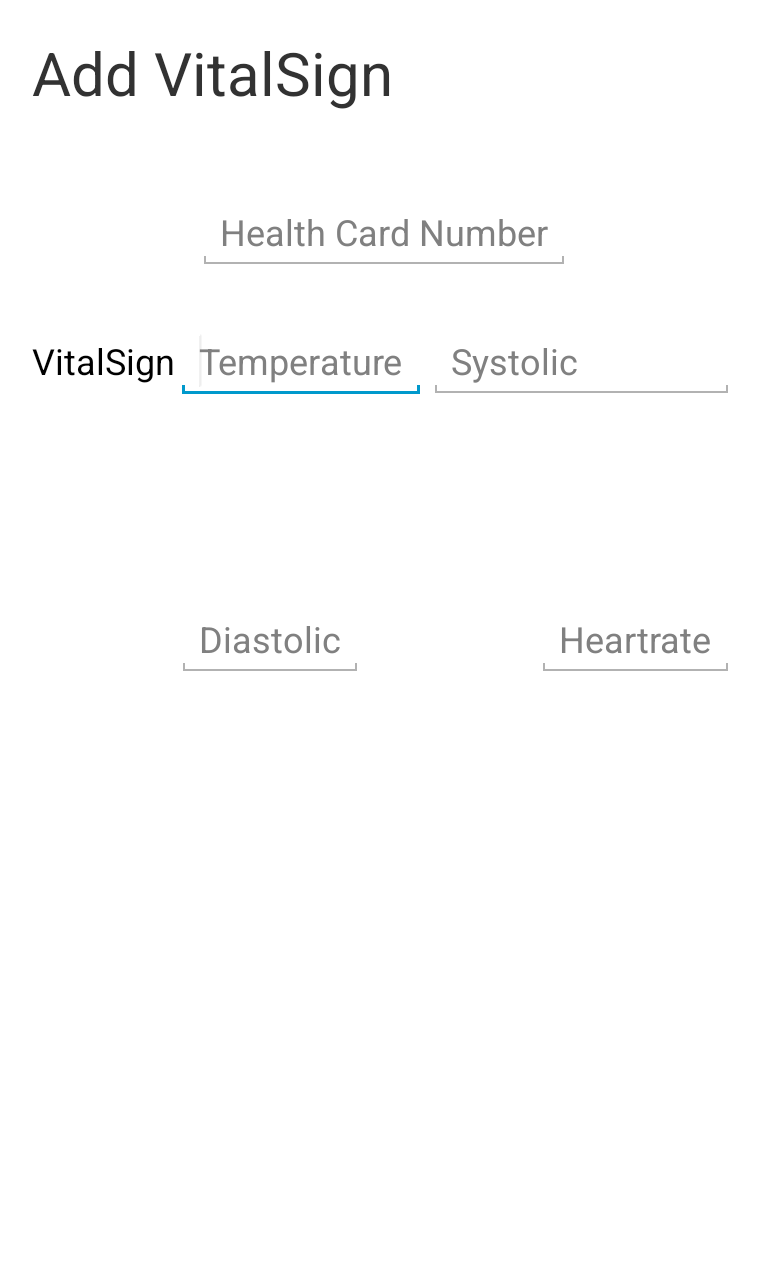
Repository: wangyuan0915/ER
Layout: workspace2/phase3/res/layout/activity_add_vital_sign.xml
The author's editor kept a copy of each file at every save. The layout is drawn from the files as they stood at one save, then again after the next save.
It is drawn on a 768 x 1280 px phone screen (xhdpi) without system bars, with theme AppTheme; the app's code is not run.

Above is the layout before, as saved 2013-11-24 06:23:25.

After the next save:
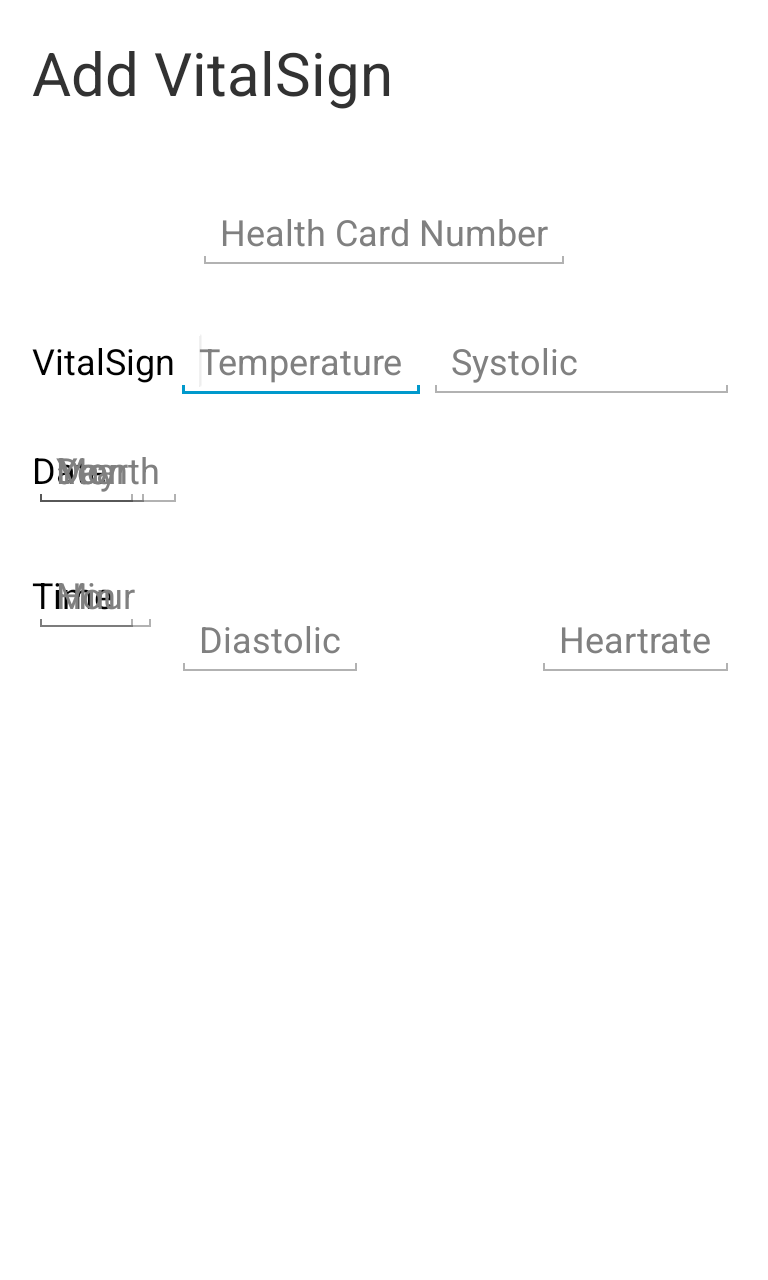
Saved 2 min 3 s later.
--- a/workspace2/phase3/res/layout/activity_add_vital_sign.xml
+++ b/workspace2/phase3/res/layout/activity_add_vital_sign.xml
@@ -80,4 +80,84 @@
         android:hint="@string/Heartrate"
         android:textAppearance="?android:attr/textAppearanceMedium" />
 
+    <TextView
+        android:id="@+id/current_date"
+        android:layout_width="wrap_content"
+        android:layout_height="wrap_content"
+        android:layout_alignLeft="@+id/birthday"
+        android:layout_below="@+id/VitalSign"
+        android:layout_marginTop="30dp"
+        android:text="@string/Date"
+        android:textAppearance="?android:attr/textAppearanceMedium" />
+
+    <EditText
+        android:id="@+id/current_year"
+        android:layout_width="wrap_content"
+        android:layout_height="wrap_content"
+        android:layout_alignBaseline="@+id/current_date"
+        android:layout_alignBottom="@+id/current_date"
+        android:layout_alignLeft="@+id/birth_of_year"
+        android:layout_toLeftOf="@+id/birth_of_month"
+        android:inputType="number"
+        android:hint="@string/Year"
+        android:textAppearance="?android:attr/textAppearanceMedium" />
+
+    <EditText
+        android:id="@+id/current_month"
+        android:layout_width="wrap_content"
+        android:layout_height="wrap_content"
+        android:layout_alignBaseline="@+id/current_date"
+        android:layout_alignBottom="@+id/current_date"
+        android:layout_alignLeft="@+id/birth_of_month"
+        android:layout_toLeftOf="@+id/birth_of_day"
+        android:inputType="number"
+        android:hint="@string/Month"
+        android:textAppearance="?android:attr/textAppearanceMedium" />
+
+
+
+
+    <EditText
+        android:id="@+id/current_day"
+        android:layout_width="wrap_content"
+        android:layout_height="wrap_content"
+        android:layout_alignBaseline="@+id/current_date"
+        android:layout_alignBottom="@+id/current_date"
+        android:layout_alignLeft="@+id/birth_of_day"
+        android:inputType="number"
+        android:hint="@string/Day"
+        android:textAppearance="?android:attr/textAppearanceMedium" />
+
+    <TextView
+        android:id="@+id/current_time"
+        android:layout_width="wrap_content"
+        android:layout_height="wrap_content"
+        android:layout_alignLeft="@+id/current_date"
+        android:layout_below="@+id/current_year"
+        android:layout_marginTop="30dp"
+        android:text="@string/Time"
+        android:textAppearance="?android:attr/textAppearanceMedium" />
+
+    <EditText
+        android:id="@+id/current_hour"
+        android:layout_width="wrap_content"
+        android:layout_height="wrap_content"
+        android:layout_alignBaseline="@+id/current_time"
+        android:layout_alignBottom="@+id/current_time"
+        android:layout_alignLeft="@+id/current_year"
+        android:inputType="number"
+        android:hint="@string/Hour"
+        android:textAppearance="?android:attr/textAppearanceMedium" />
+
+    <EditText
+        android:id="@+id/current_minute"
+        android:layout_width="wrap_content"
+        android:layout_height="wrap_content"
+        android:layout_alignBaseline="@+id/current_hour"
+        android:layout_alignBottom="@+id/current_hour"
+        android:layout_alignRight="@+id/current_day"
+        android:inputType="number"
+        android:hint="@string/Minute"
+        android:textAppearance="?android:attr/textAppearanceMedium" />
+
 </RelativeLayout>
